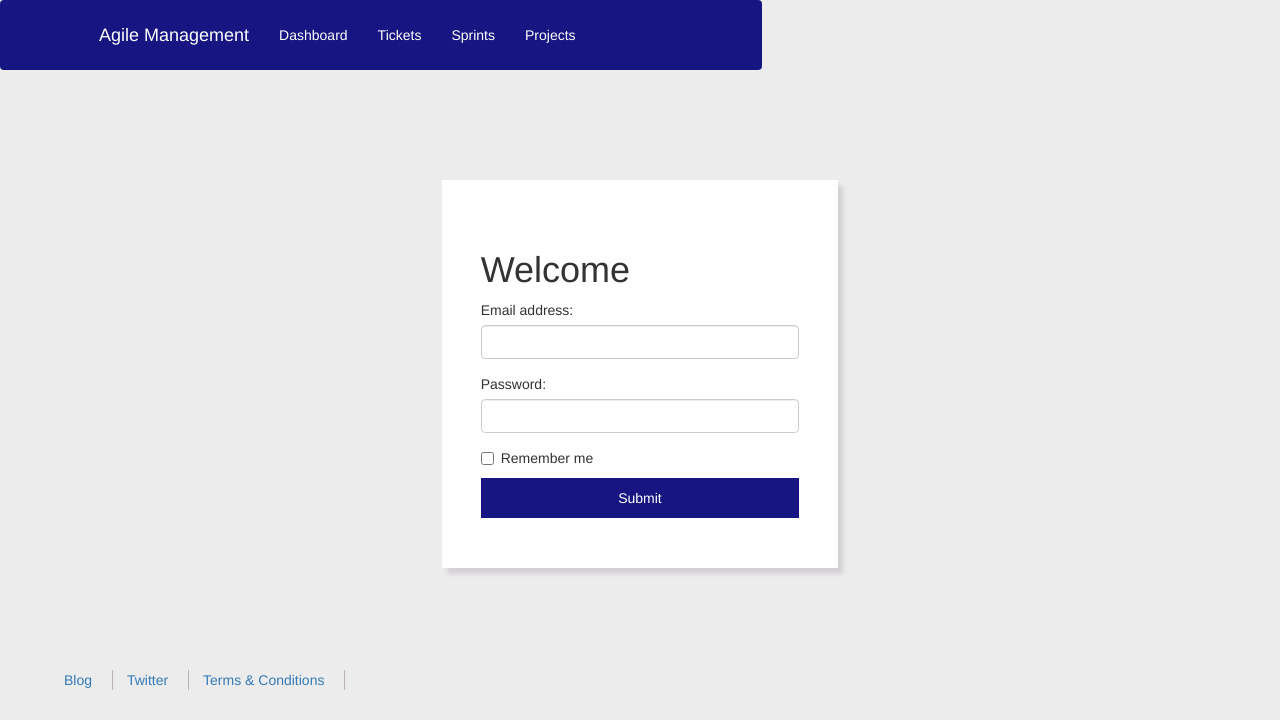
Repository: princexavier/agil
Page: http://localhost/Agile/
These files come from the project's save history. The page is drawn as it stood at one moment and after the next save; the edit follows.
The browser window is 1280 px wide. The pictures show the whole page.
Some web libraries are served in a nearby version. The page is served by Tomcat 9. Other server files are loaded and not shown.

Above is the page before, as saved 2018-01-19 04:35:42.

### workspace/Agile/WebContent/index.jsp
<%@ page language="java" contentType="text/html; charset=ISO-8859-1"
	pageEncoding="ISO-8859-1"%>
<!DOCTYPE html>
<html lang="en">

<head>
<meta charset="UTF-8">
<title>Login</title>
<link rel="stylesheet"
	href="https://maxcdn.bootstrapcdn.com/bootstrap/3.3.7/css/bootstrap.min.css">
<link rel="stylesheet" href="css/style.css">

<!-- jQuery library -->
<script
	src="https://ajax.googleapis.com/ajax/libs/jquery/3.2.1/jquery.min.js"></script>
<!-- Latest compiled JavaScript -->
<script
	src="https://maxcdn.bootstrapcdn.com/bootstrap/3.3.7/js/bootstrap.min.js"></script>
</head>

<body>
	<header style="position:fixed;top:0px;">
		<nav class="navbar navbar-default">
			<div class="container-fluid">
				<div class="navbar-header">
					<a class="navbar-brand" href="#">Agile Management</a>
				</div>
				<ul class="nav navbar-nav">
					<li class="active"><a href="#">Dashboard</a></li>
					<li><a href="ticket.html">Tickets</a></li>
					<li><a href="ticket.html">Sprints</a></li>
					<li><a href="#">Projects</a></li>
				</ul>
			</div>
		</nav>
	</header>
	<div class="container"
		style="height: 100vh; width: 100%; background: #ececec;">
		<div class="row">
			<div class="col-md-4"></div>
			<div class="col-md-4">
				<form action="project.html"
					style="padding: 50px 39px; box-shadow: 5px 6px 4px #d4cfd4f7; background: #fff; margin-top: 180px;">
					<h1>Welcome</h1>
					<div class="form-group">
						<label for="email">Email address:</label> <input type="email"
							class="form-control" id="email">
					</div>
					<div class="form-group">
						<label for="pwd">Password:</label> <input type="password"
							class="form-control" id="pwd">
					</div>
					<div class="checkbox">
						<label> <input type="checkbox"> Remember me
						</label>
					</div>
					<input type="submit"
						style="padding: 10px 0px; border: none; width: 100%; background: #161582; color: #fff;">
				</form>
			</div>
			<div class="col-md-4"></div>
		</div>
	</div>
	<footer>
		<ul class="foot-content">
			<li><a href="#">Blog</a></li>
			<li><a href="#">Twitter</a></li>
			<li><a href="#">Terms & Conditions</a></li>
		</ul>
	</footer>
</body>

</html>

### workspace/Agile/WebContent/css/style.css
* {
    margin: 0px;
    padding: 0px;
    text-decoration: none;
    list-style-type: none;
}

a:hover {
    text-decoration: none;
}

.divider-1 {

    display: inline-block;
    width: calc(100% / 1);
    float: left;
}

.divider-2 {
    display: inline-block;
    width: calc(100% / 2);
    float: left;
}

.color {
    color: #161582;
    padding-right: 5px;
    cursor: pointer;
    transition: 0.2s ease-in-out;
}

.color:hover {
    color: #16158261;
}

.clearfix:after {
    content: "";
    display: block;
    clear: both;
}

.navbar-nav {
    float: right;
    margin-right: 100px;
}

.navbar-default {
    border: none;
    padding: 10px 56px 10px 84px;
    background: #161582;
    margin-bottom: 0px;
}

.navbar-brand,
.navbar-nav>li>a {

    color: #fff !important;
}

nav .active a {
    background-color: transparent !important;
}

.dashboard {
    padding: 20px 0px;
    background: #ececec;
}

.dash-title {
    padding-left: 111px;
}

.auth {
    background: #ececec;
    padding: 20px;
}

.left-content>span {
    display: block;
}

.lab-title {
    padding: 20px 0px;
}

.bg {
    margin-top: 20px;
    padding: 10px 0px;
    background: #a6e4a6;
}

.bg a >button {
    float: right;
    margin-right: 20px;
    border: none;
}

footer {
    position: fixed;
    bottom: 0px;
    width: 100%;
    padding: 20px 0px;
    background: #ececec;
}

.right-bor {
    border-right: 1px solid #ececec;
}

.foot-content:first-child {
    margin-left: 64px;
    margin-top: 10px;
}

.foot-content li {
    border-right: 1px solid #a79a9ab8;
    padding-right: 20px;
    display: inline-block;
    margin-right: 10px;
}

.bar {
    width: 90%;
    background: #ececec;
    border-left: 10px solid blue;
}

.bar>span {
    float: right;
}



/*Ticket page style */

.btn-style {
    border: none;
    color: #fff;
    outline: none;
    background: #161582;
    transition: 0.5s ease-in-out;
}
.first-btn{
	margin-left: 150px
}
.btn-style:hover{
	background: #161582a8;
}
.icon-style{
	padding-right: 10px;
}
.events{

}
.list-style{
	padding: 10px 0px;
}


/*New ticket page style*/

.cs-btn{
    padding: 11px 10px;
    margin-left: 150px;
    color: #ffff;
    background: #161582;
    transition: 0.5s ease-in-out;
}
.cs-btn:hover{
 background: #1615825c;
 color: #fff;
}
textarea {
    resize: none;
}
.nav-tabs{
    margin-bottom: 50px;
}
label{
    font-weight: 300;
}
.btn-primary{
    background-color: #161582;
}
#menu4 > p{
    padding: 20px 10px;
    background: #ececec;
    margin-bottom: 40px;
}
input[type="date"]{
    border-radius: 4px;
}

After the next save:
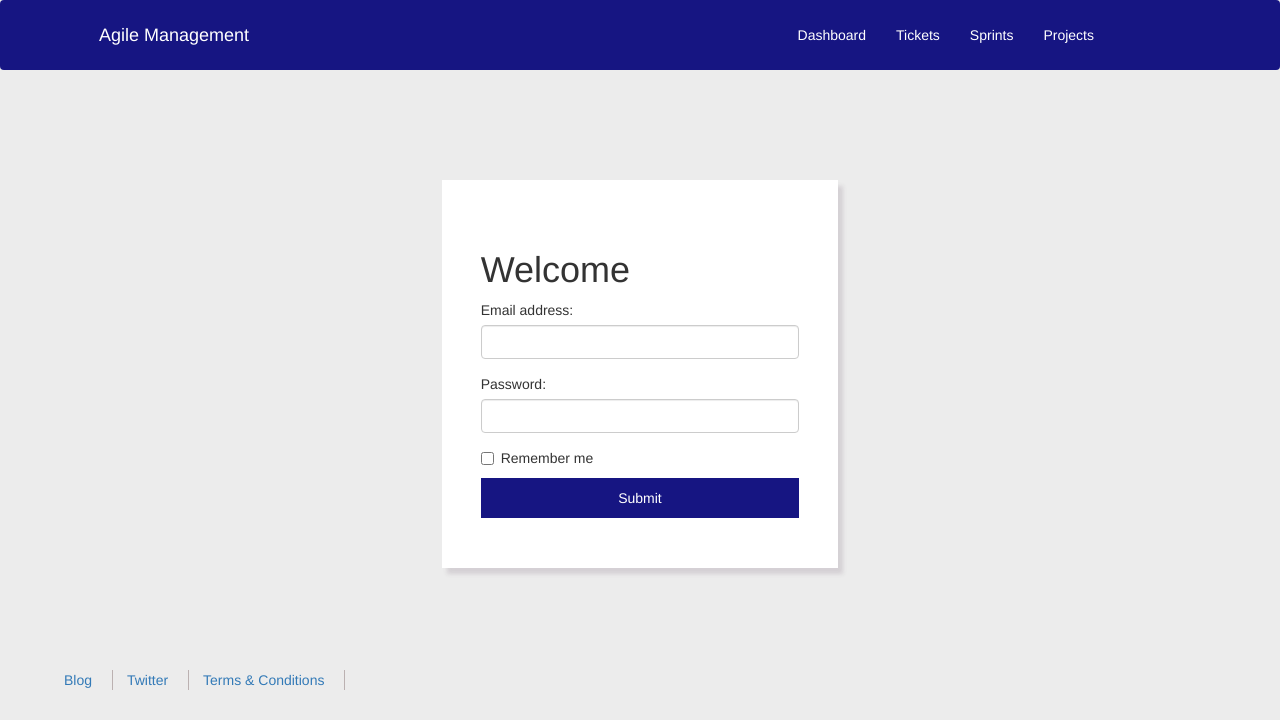
Saved 8 s later.
--- a/workspace/Agile/WebContent/index.jsp
+++ b/workspace/Agile/WebContent/index.jsp
@@ -19,7 +19,7 @@
 </head>
 
 <body>
-	<header style="position:fixed;top:0px;">
+	<header style="position:fixed;top:0px;width:100%;">
 		<nav class="navbar navbar-default">
 			<div class="container-fluid">
 				<div class="navbar-header">
